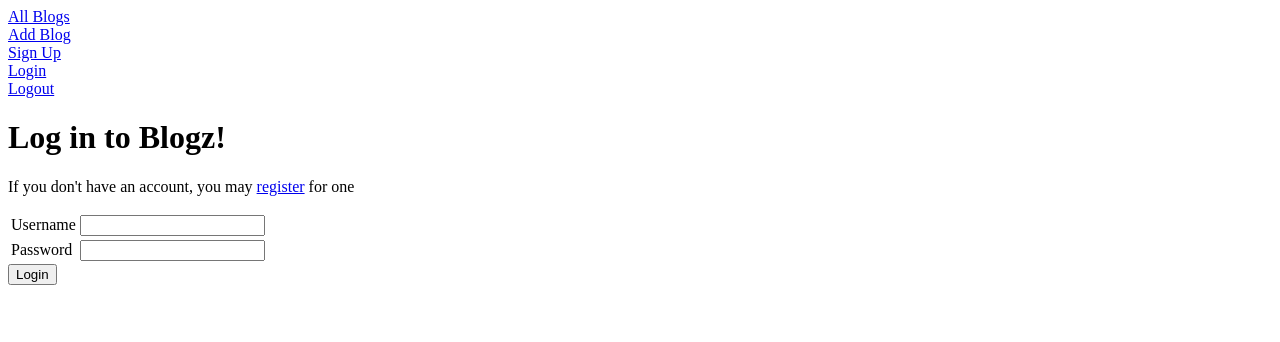
Repository: jwilliams32/blogz
Page: http://localhost/login
These files come from the project's save history. The page is drawn as it stood at one moment and after the next save; the edit follows.
The browser window is 1280 px wide. The pictures show the whole page.
The page is served by the project's application, run on Flask 3 (main.py).

Above is the page before, as saved 2017-10-25 16:27:26.

### templates/login.html
{% extends "base.html" %}

{% block content %}
<h1>Log in to Blogz!</h1>
<p>If you don't have an account, you may <a href="/signup">register</a> for one</p>
<form action="/login" method="post">
    <table>
        <tr>
            <td><label for="username">Username</label></td>
            <td>
                <input name="username" type="text" value="{{username}}">
            </td>
        </tr>
        <tr>
            <td><label for="password">Password</label></td>
            <td>
                <input name="password" type="password">
            </td>
        </tr>
    </table>
    <input type="submit" value="Login">
</form>
{% endblock %}

### templates/base.html
<!doctype html>
<html>
    <style>
        .error{
            color:red
        }
    </style>
    <head>
        <title>{{title}}</title>
    </head>
<body>

        <div>
            <a href='/blog'>All Blogs</a>
        </div>
        <div>
            <a href='/newpost'>Add Blog</a>
        </div>
        <div>
            <a href='/signup'>Sign Up</a>
        </div>
        <div>
            <a href='/login'>Login</a>
        </div>
        <div>
            <a href='/logout'>Logout</a>
        </div>
    {% with messages = get_flashed_messages(with_categories=True) %}

            <ul>
            {% for category,message in messages%}
                <li class="{{category}}"> {{message}} </li>
            {% endfor %}
            </ul>
     {% endwith %}

    {% block content %}
    {% endblock %}

</body>
</html>

### main.py
from flask import Flask, request, redirect, render_template, session, flash
from flask_sqlalchemy import SQLAlchemy

app = Flask(__name__)
app.config['DEBUG'] = True
app.config['SQLALCHEMY_DATABASE_URI'] = 'mysql+pymysql://blogz:blogz@localhost:8889/blogz'#mysql connection,how we will connect,user,user password,host,port#,database you want to connect to
app.config['SQLALCHEMY_ECHO'] = True
db = SQLAlchemy(app)#database object is now db
app.secret_key = 'ljksj3oi2hefjvsl'


class Blog(db.Model):#db has an object in it called Model

    id = db.Column(db.Integer, primary_key=True)#db type,type of key)#every class created to be stored in db will have an id
    title = db.Column(db.String(120))#max len))#tasks now stored in name instead of list
    body = db.Column(db.String(120))
    owner_id = db.Column(db.Integer, db.ForeignKey('user.id'))#
    #completed = db.Column(db.Boolean, default=False)

    def __init__(self, title, body, owner):
        self.title = title
        self.body = body
        self.owner = owner
class User(db.Model):
    id = db.Column(db.Integer, primary_key=True)
    username = db.Column(db.String(120))
    password = db.Column(db.String(120))
    blogs = db.relationship('Blog', backref='owner')

    def __init__(self,username,password):
        self.username = username
        self.password = password


@app.before_request#run this function before you run the request
def require_login(): #not a request handler, will run for every request to check and see if user has logged in
    allowed_routes = ['login',  'signup']#routes user don't have to login to see

    if request.endpoint not in allowed_routes and 'username' not in session:#not logged in yet,endpoint is the end route
        return redirect('/login')


@app.route('/login', methods=['POST','GET'])
def login ():
#    username_error = ''
#    password_error=''
    if request.method == 'POST':
        username = request.form['username']
        password = request.form['password']
        user = User.query.filter_by(username=username).first()
        if user and user.password == password:
            session['username'] = username
            flash("Logged in")
            return redirect('/newpost')
        else:
            flash("User password incorrect, or User doesn't exist", "error")
#            if user.password != password:
#                password_error = "Incorrect Password"

#            if user != user:
#                user_error = "Incorrect Users"
    return render_template('login.html')



@app.route('/signup', methods=['POST','GET'])
def signup():
    username_error = ''
    password_error = ''
    verify_error = ''

    username_boolean = True
    password_boolean = True
    verify_boolean = True
    exist_boolean = True
#

    if request.method == 'POST':
        username = request.form['username']
        password = request.form['password']
        verify = request.form['verify']

        existing_user = User.query.filter_by(username=username).first()

    #if request.method == 'GET':
     #   blog_id = request.args.get('id')

      #  if blog_id:

       #     blogs = Blog.query.get(blog_id)
            #return redirect('/blogpost?id={0}'.format(blog.id))
        #    return render_template('blogpost.html', title="Blog Post!", blog= Blog.query.get(blog_id))


        #if existing_user == new_user:
         #   existing_error = flash('User exist','error')
          #  exist_boolean = False

        if ' ' in username or len(username) < 3 or len(username) > 20:
            username_error = 'Invalid Username 3-20 Characters'
            username = ''
            username_boolean = False

        if ' ' in password or len(password) <3 or len(password) > 20:
            password_error = 'Password 3-20 Length'
            password = ''
            password_boolean = False

        if verify != password :
            verify_error = 'Passwords must match'
            verify = ''
            verify_boolean = False

        if username_boolean and password_boolean and verify_boolean and exist_boolean:
            new_user = User(username,password)

            if existing_user == new_user:
                flash('User exist','error')

            if not existing_user:
                db.session.add(new_user)
                db.session.commit()
                session['username'] = username
                flash("New Post")
            return redirect('/newpost')
        else:
            flash("Welcome")
    return render_template('signup.html',username_error=username_error,password_error=password_error, verify_error=verify_error)#, existing_error=existing_error)
    #return render_template('signup.html', username=username, username_boolean=username_boolean,verify_boolean=verify_boolean,
     #       password=password,username_error=username_error, verify=verify)



@app.route('/logout')
def logout():
    del session['username']
    return redirect('/login')

@app.route('/blog', methods=['POST', 'GET'])
def blog():
    if request.method == 'GET':
        blog_id = request.args.get('id')

        if blog_id:

            blogs = Blog.query.get(blog_id)
            #return redirect('/blogpost?id={0}'.format(blog.id))
            return render_template('blogpost.html', title="Blog Post!", blog= Blog.query.get(blog_id))

        else:
            blogs = Blog.query.all()
            return render_template('main.html', title="Blog Post!",
            blogs=blogs)

    else:#if incoming request is a post, todo submit
        title = request.form['title']#grab data and create new blog
        body = request.form['body']
        owner = User.query.filter_by(username=session['username']).first()
        new_post = Blog(title, body, owner)#creates new task object
        db.session.add(new_post)#input in to the data base
        db.session.commit()#commits change to database

        blogs = Blog.query.all()
        return render_template('main.html', title="Blog Post!",
       blogs=blogs)#Pass the post into the template


@app.route('/newpost', methods=['POST', 'GET'])
def newpost():
    owner = User.query.filter_by(username=session['username']).first()

    title_error=""
    body_error=""

    if request.method == 'POST':#if incoming request is a post, todo submit
        title = request.form['title']#grab data and create new blog
        body = request.form['body']
        owner = User.query.filter_by(username=session['username']).first()
        new_post = Blog(title, body, owner)#creates new task object


        if title =="":
            title_error = "Please enter title"
        if body =="":
            body_error = "Please enter content"

        if not title_error and not body_error:
            db.session.add(new_post)#input in to the data base
            db.session.commit()
            id=new_post.id
            print(id)

            blogs = Blogs.query.filter_by(owner=owner).all()
            return redirect("/blog?id="+str(id))
        else:
            return render_template('post.html', title_error=title_error,body_error=body_error, title=title, body=body,blogs=blogs)
    else:
        return render_template('post.html', title="New Blog Post")

@app.route('/index', methods=['GET'])
def index():
    users = User.query.all()
    return render_template('index.html', title="Blog Post!",
       users=users)
#request.args.get()

#    return render_template('todos.html')
@app.route('/')
def indy():
    return redirect('/blog')


if __name__ == '__main__':#only start when using main.py from terminal
    app.run()

After the next save:
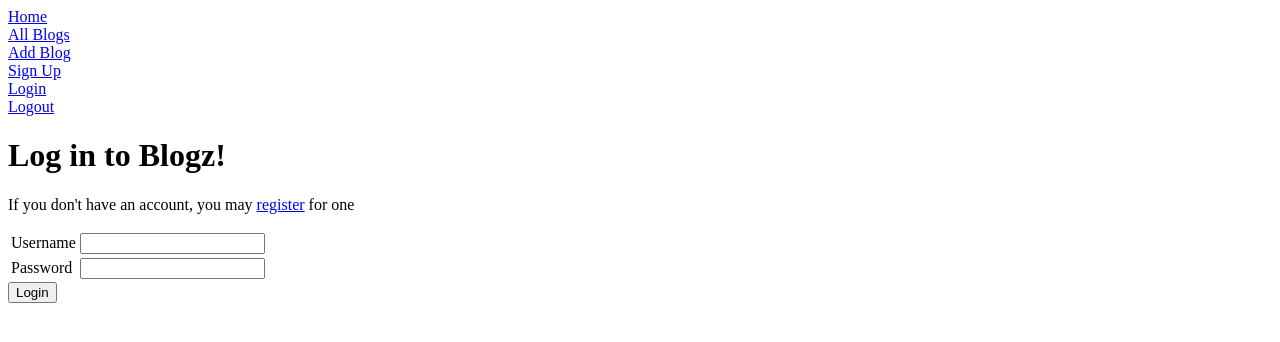
Saved 3 min 31 s later.
--- a/templates/base.html
+++ b/templates/base.html
@@ -9,7 +9,9 @@
         <title>{{title}}</title>
     </head>
 <body>
-
+        <div>
+            <a href='/'>Home</a>
+        </div>
         <div>
             <a href='/blog'>All Blogs</a>
         </div>
